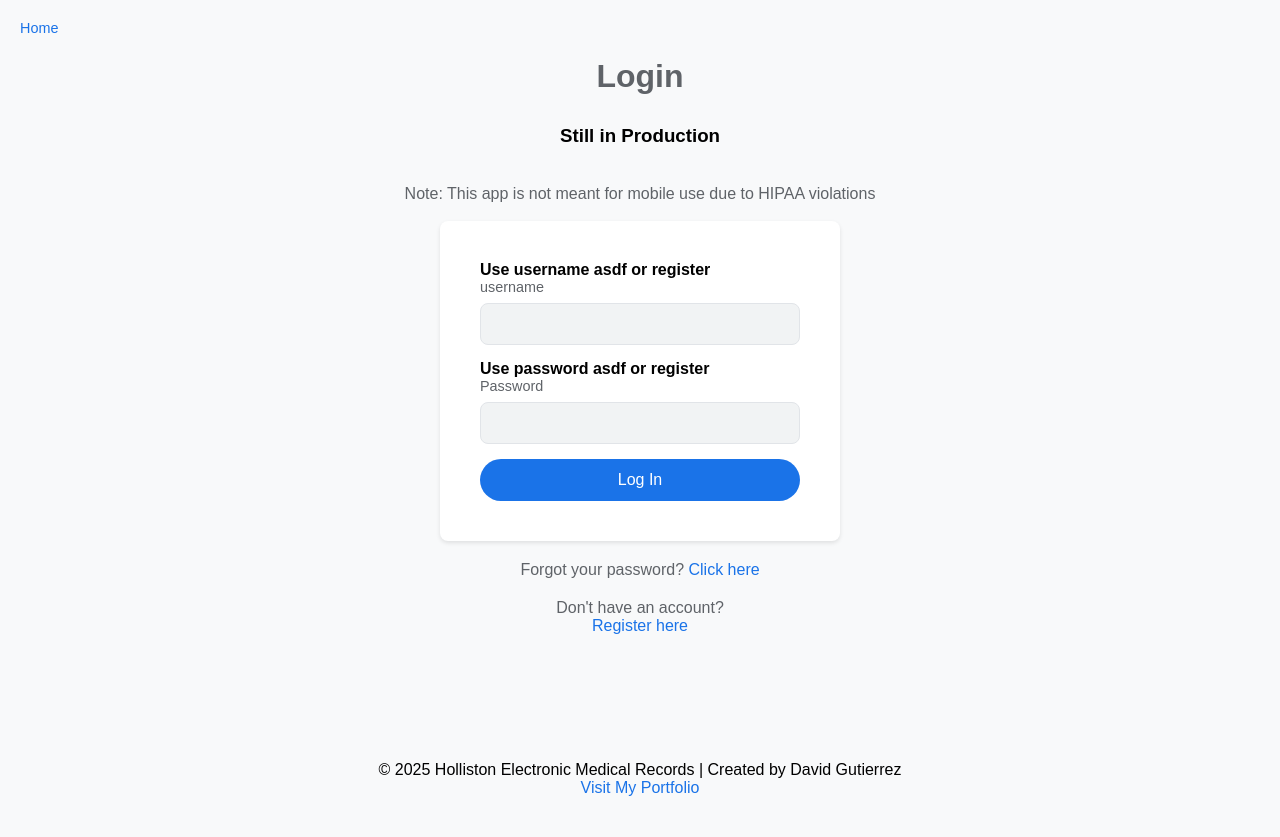
Repository: DavidG626/Flask-Project
Page: http://localhost/login?next=%2Fcpt%2Fcpt_codes
These files come from the project's save history. The page is drawn as it stood at one moment and after the next save; the edit follows.
The browser window is 1280 px wide. The pictures show the whole page.
The page is served by the project's application, run on Flask 3 (tempCodeRunnerFile.py). Other server files are loaded and not shown.

Above is the page before, as saved 2025-03-11 12:22:20.

### templates/login.html
<!DOCTYPE html>
<html lang="en">
<head>
    <meta charset="UTF-8">
    <meta name="viewport" content="width=device-width, initial-scale=1.0">
    <link rel="stylesheet" type="text/css" href="/static/login.css">

    <title>Login</title>

</head>
<body>
    <!-- Navigation -->
    <a class=home href="{{ url_for('home') }}">Home</a>
    {% with messages = get_flashed_messages(with_categories=true) %}
    {% if messages %}
      <ul>
        {% for category, message in messages %}
          <div class="{{ category }}">{{ message }}</div>
        {% endfor %}
      </ul>
    {% endif %}
  {% endwith %}<br>
    <!-- Login Form -->
    <h1>Login</h1>
    <h3>Still in Production</h3><br>
    <p>Note: This app is not meant for mobile use due to HIPAA violations</p><br>


    <form method="POST" action="">
        {{ form.hidden_tag() }}

        <legend>Login</legend>
          <!-- Render Username Field -->
          <h4>Use username asdf or register</h4>
          <div>
            {{ form.username.label(class="form-label") }}
            {{ form.username(class="form-input") }}

        </div>

         <!-- Render Password Field -->
         <h4>Use password asdf or register</h4>
         <div>
            {{ form.password.label(class="form-label") }}
            {{ form.password(class="form-input", placeholder="") }}

        </div>

        <div>
            {{ form.submit(class="form-button") }}
        </div>
    </form>
    <!-- Forgot Password Link -->
    <p>Forgot your password? <a href="#">Click here</a></p>

    <!-- Registration Link -->
    <p>Don't have an account?</p>
    <a href="{{ url_for('login_register.register') }}" class="register-link">Register here</a>



    <br><br><br><br><br><br><br>

    <footer>
      <div >
          &copy; 2025 Holliston Electronic Medical Records | Created by David Gutierrez

      </div>
      <div >
          <a href="https://github.com/DavidG626/Flask-Project" class="register-link" target="_blank">Visit My Portfolio</a>
      </div>
    </footer>
</body>


</html>

### forms/provider_registration_form.py
from flask_wtf import FlaskForm
from wtforms import StringField, PasswordField, SubmitField, BooleanField, SelectField
from wtforms.validators import DataRequired, Length, Email, EqualTo
from flask import Blueprint, render_template, url_for, flash, redirect, session




# Registration
class RegistrationForm(FlaskForm):
    first_name = StringField('First Name',
    validators=[DataRequired(), Length(min=2, max=20)])

    last_name = StringField('Last Name',
    validators=[DataRequired(), Length(min=2, max=20)])

    username = StringField('username',
    validators=[DataRequired(), Length(min=2, max=20)])

    password = PasswordField('Password',
    validators=[DataRequired(), Length(min=2, max=20)])

    confirm_password = PasswordField('Confirm Password',
    validators=[DataRequired(), EqualTo('password', message= "Password Must Match")])

    email = StringField('email',
    validators=[DataRequired(), Email()])

    practice_name = StringField('Practice Name',
    validators=[DataRequired()])

    specialty = StringField('Specialty',
    validators=[DataRequired()])

    npi = StringField('NPI #',
    validators=[DataRequired()])

    medical_license = StringField('Medical License',
    validators=[DataRequired()])

    medical_title = SelectField('Medical Title',
    choices=[
        ('', 'Select your title'),
        ('MD', "MD"),
        ('PA', "PA"),
        ('NP', "NP"),
        ('DO', "DO"),
        ('DC', "DC"),

    ],
    validators=[DataRequired()])

    address = StringField('Address',
    validators=[DataRequired()])

    city = StringField('City',
    validators=[DataRequired()])

    zip_code = StringField('Zip Code',
    validators=[DataRequired()])

    state = StringField('State',
    validators=[DataRequired()])

    phone = StringField('Phone',
    validators=[DataRequired()])

    fax = StringField('Fax',
    validators=[DataRequired()])

    contact_name = StringField('Medical Assistant',
    validators=[DataRequired()])

    biller_name = StringField('Biller',
    validators=[DataRequired()])

    biller_email = StringField('Biller Email',
    validators=[DataRequired()])

    submit = SubmitField('Submit')


# Login
class LoginForm(FlaskForm):
    username = StringField('username',
    validators=[DataRequired()])
    password = PasswordField('Password',
    validators=[DataRequired()])
    remember = BooleanField('Remember Me')

    submit = SubmitField('Log In')

### routes/login_register.py
from flask import Blueprint, render_template, url_for, flash, redirect, session
from forms.provider_registration_form import RegistrationForm, LoginForm
from werkzeug.security import generate_password_hash, check_password_hash
from models.provider_info_models import Provider
from extensions import provider_info_db as db
from flask_login import login_user
from datetime import datetime  # Add this import

import sqlite3
import os



# Create the login_register blueprint
login_register = Blueprint('login_register', __name__)

@login_register.route("/register", methods=["GET", "POST"])
def register():
    form = RegistrationForm()

    if form.validate_on_submit():
        # Hash the password
        hashed_password = generate_password_hash(form.password.data)

        # Check for existing username
        existing_username = Provider.query.filter_by(username=form.username.data).first()
        if existing_username:
            flash('Username already exists. Please choose a different username.', 'danger')
            return render_template('register.html', title="Register", form=form)

        # Check for existing email
        existing_email = Provider.query.filter_by(email=form.email.data).first()
        if existing_email:
            flash('Email already registered. Please use a different email.', 'danger')
            return render_template('register.html', title="Register", form=form)

        # Create new Provider instance
        new_provider = Provider(
            first_name=form.first_name.data,
            last_name=form.last_name.data,
            username=form.username.data,
            email=form.email.data,
            password=hashed_password,
            medical_title=form.medical_title.data,
            specialty=form.specialty.data,
            npi=form.npi.data,
            medical_license=form.medical_license.data,
            practice_name=form.practice_name.data,
            address=form.address.data,
            city=form.city.data,
            state=form.state.data,
            zip_code=form.zip_code.data,
            phone=form.phone.data,
            fax=form.fax.data,
            contact_name=form.contact_name.data,
            biller_name=form.biller_name.data,
            biller_email=form.biller_email.data,
        )

        try:
            db.session.add(new_provider)
            db.session.commit()
            flash('Registration successful! Please log in.', 'success')
            return redirect(url_for('login_register.login'))
        except Exception as e:
            db.session.rollback()
            flash('An error occurred during registration. Please try again.', 'danger')
            print(f"Registration Error: {e}")

    return render_template('register.html', title="Register", form=form)

@login_register.route("/login", methods=["GET", "POST"])
def login():
    form = LoginForm()

    if form.validate_on_submit():
        # Get provider from the database based on the provided username
        provider = Provider.query.filter_by(username=form.username.data).first()

        if provider and check_password_hash(provider.password, form.password.data):
            # Successful login - store username in session and log in the user
            session['username'] = provider.username
            session['user_id'] = provider.id  # Add this
            session['last_active'] = str(datetime.now())  # Add this
            login_user(provider)  # This is needed for flask-login
            welcome_message = f"Logged in {provider.first_name} {provider.last_name}, {provider.medical_title}"
            flash(welcome_message)

            return redirect(url_for('dashboard.dashboard_view'))
        else:
            flash('Invalid username or password', 'danger')

    return render_template('login.html', title="Login", form=form)

### tempCodeRunnerFile.py
from flask import Flask, render_template, url_for, flash, redirect, jsonify
from datetime import timedelta
import os
from extensions import provider_info_db as db
from flask_login import LoginManager


# models
from models.auth_model import Auth
from models.cpt_model import CPTCode
from models.icd10_models import ICD10Code
from models.imaging_model import ImagingResult
from models.lab_model import LabResult
from models.misc_model import Misc
from models.operative_model import OperativeReport
from models.patient_medical_hx_models import Allergy, MedicalCondition, Surgery, Medication, PastMedicalHistory
from models.pr2_model import ProgressNote, ProgressNoteCPT, RequestForAuthorization, RFAItem
from models.provider_info_models import Provider
from models.wc_patient_models import Patient,  Employer, ClaimsAdmin, Lawyer

# routes
from routes.auth_routes import auth_bp
from routes.cpt_routes import cpt_bp
from routes.dashboard import dashboard_bp
from routes.icd10_routes import icd10_bp
from routes.imaging_routes import imaging_bp
from routes.lab_routes import labs_bp
from routes.login_register import login_register
from routes.misc_routes import misc_bp
from routes.operative_routes import operative_bp
from routes.progress_note_route import progress_note_bp
from routes.wc_patient_portal_routes import wc_patient_portal_bp



# Create the Flask app
app = Flask(__name__)


# Create instance directory
if not os.path.exists('instance'):
    os.makedirs('instance')

app.config['SECRET_KEY'] = os.environ.get('SECRET_KEY', 'torito')

# Simple database configuration
if os.environ.get('DATABASE_URL'):
    # Use PostgreSQL on Render when DATABASE_URL is set
    app.config['SQLALCHEMY_DATABASE_URI'] = os.environ.get('DATABASE_URL').replace('postgres://', 'postgresql://')
else:
    # Use SQLite otherwise (both locally and on Render when no DATABASE_URL)
    app.config['SQLALCHEMY_DATABASE_URI'] = 'sqlite:///provider_info_db.db'

app.config['SQLALCHEMY_TRACK_MODIFICATIONS'] = False

# Initialize db
db.init_app(app)

# Initialize Flask-Login
login_manager = LoginManager()
login_manager.init_app(app)
login_manager.login_view = 'login_register.login'  # Specify the login route
login_manager.login_message_category = 'info'      # Optional: style for login messages

@login_manager.user_loader
def load_user(user_id):
    return Provider.query.get(int(user_id))

# Set session lifetime to 30 minutes
app.permanent_session_lifetime = timedelta(minutes=30)

# register blueprints
app.register_blueprint(auth_bp, url_prefix='/auth')
app.register_blueprint(cpt_bp, url_prefix='/cpt')
app.register_blueprint(dashboard_bp, url_prefix='/dashboard')
app.register_blueprint(icd10_bp, url_prefix='/icd10')
app.register_blueprint(imaging_bp, url_prefix='/imaging')
app.register_blueprint(labs_bp, url_prefix='/labs')
app.register_blueprint(login_register)
app.register_blueprint(misc_bp, url_prefix='/misc')
app.register_blueprint(operative_bp, url_prefix='/operative')
app.register_blueprint(progress_note_bp, url_prefix='/progress_note')
app.register_blueprint(wc_patient_portal_bp, url_prefix='/wc_patient_portal')

# Home route
@app.route("/")
def home():
    return render_template('home.html')

# Create the database tables
with app.app_context():
    db.create_all()

# Run the app
if __name__ == "__main__":
    port = int(os.environ.get('PORT', 5005))
    app.run(host='0.0.0.0', port=port, debug=True)

### static/login.css
/* static/login.css */
html {
    font-size: 16px;
}

* {
    margin: 0;
    padding: 0;
    box-sizing: border-box;
    font-family: Arial, sans-serif;
}

body {
    background-color: #f8f9fa;
    display: flex;
    flex-direction: column;
    align-items: center;
    padding: 40px 20px;
}

.home {
    position: absolute;
    top: 20px;
    left: 20px;
    text-decoration: none;
    color: #1a73e8;
    font-size: 0.9rem;
}

.home:hover {
    text-decoration: underline;
}

h1 {
    color: #5f6368;
    margin-bottom: 30px;
    text-align: center;
}

form {
    background-color: white;
    border-radius: 8px;
    box-shadow: 0 2px 4px rgba(0, 0, 0, 0.1);
    padding: 40px;
    width: 100%;
    max-width: 400px;
}

legend {
    display: none;
}

.form-label {
    color: #5f6368;
    font-size: 0.9rem;
    margin-bottom: 8px;
    display: block;
}

.form-input {
    width: 100%;
    padding: 12px 16px;
    border: 1px solid #e1e4e8;
    border-radius: 8px;
    font-size: 0.9rem;
    background-color: #f1f3f4;
    margin-bottom: 15px;
    transition: border-color 0.3s ease;
}

.form-input:focus {
    outline: none;
    border-color: #1a73e8;
    box-shadow: 0 0 0 3px rgba(26, 115, 232, 0.1);
}

.form-button {
    width: 100%;
    padding: 12px;
    background: #1a73e8;
    color: white;
    border: none;
    border-radius: 24px;
    cursor: pointer;
    font-weight: 500;
    font-size: 1rem;
    transition: background-color 0.3s ease;
}

.form-button:hover {
    background-color: #185abc;
}

p {
    margin-top: 20px;
    color: #5f6368;
    text-align: center;
}

p a, body > a:last-child {
    color: #1a73e8;
    text-decoration: none;
    font-weight: 500;
}

p a:hover, body > a:last-child:hover {
    text-decoration: underline;
}
.register-link, .register-link:visited {
    color: #1a73e8;
    text-decoration: none;

    text-align: center;
    display: block;
  }

  .register-link:hover {
    color: #185abc;
  }

/* Responsive adjustments */
@media (max-width: 1600px) {
    html {
        font-size: 16px;
    }
}

@media (max-width: 1200px) {
    html {
        font-size: 16px;
    }
}

@media (max-width: 992px) {
    html {
        font-size: 14px;
    }
}

@media (max-width: 768px) {
    html {
        font-size: 12px;
    }

    form {
        padding: 20px;
        width: 95%;
    }
}

@media (max-width: 600px) {
    html {
        font-size: 10px;
    }
}

After the next save:
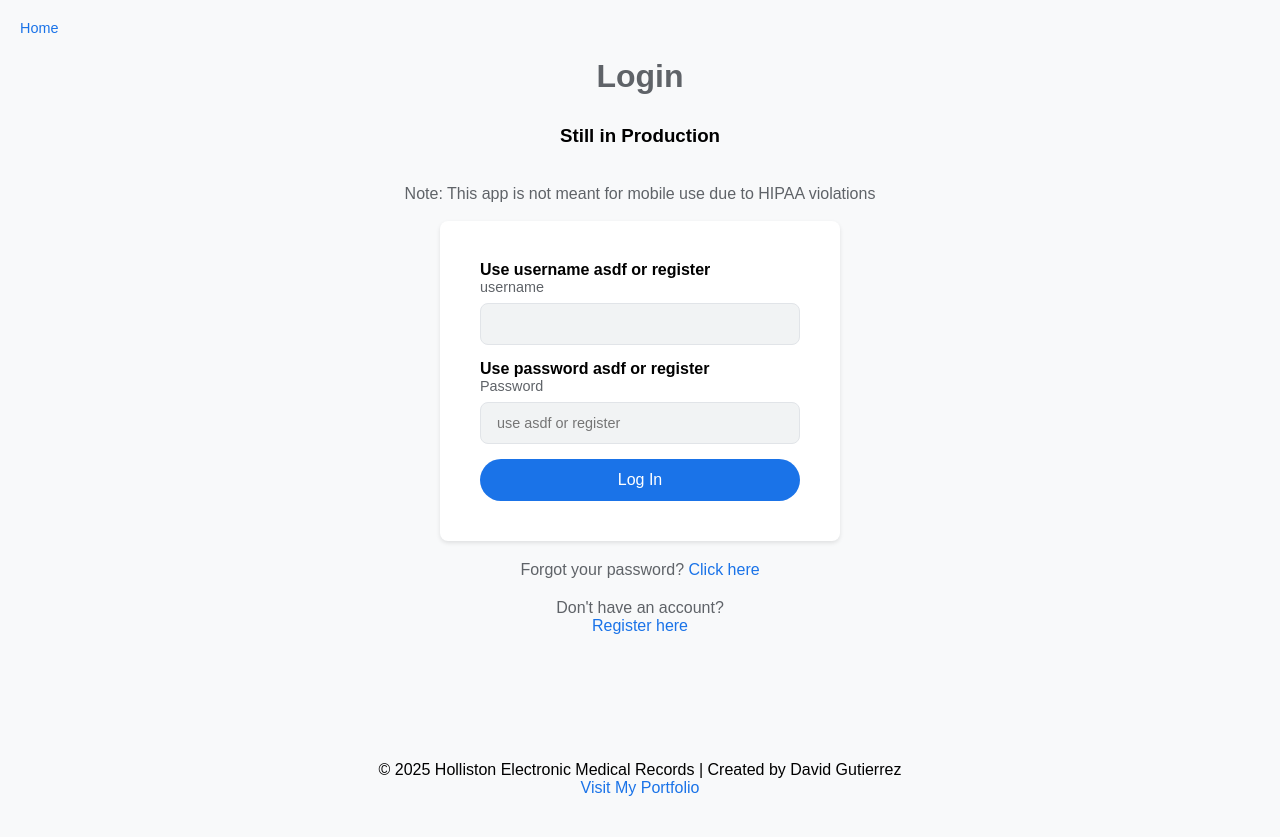
Saved 10 s later.
--- a/templates/login.html
+++ b/templates/login.html
@@ -42,7 +42,7 @@
          <h4>Use password asdf or register</h4>
          <div>
             {{ form.password.label(class="form-label") }}
-            {{ form.password(class="form-input", placeholder="") }}
+            {{ form.password(class="form-input", placeholder="use asdf or register") }}
 
         </div>
 
